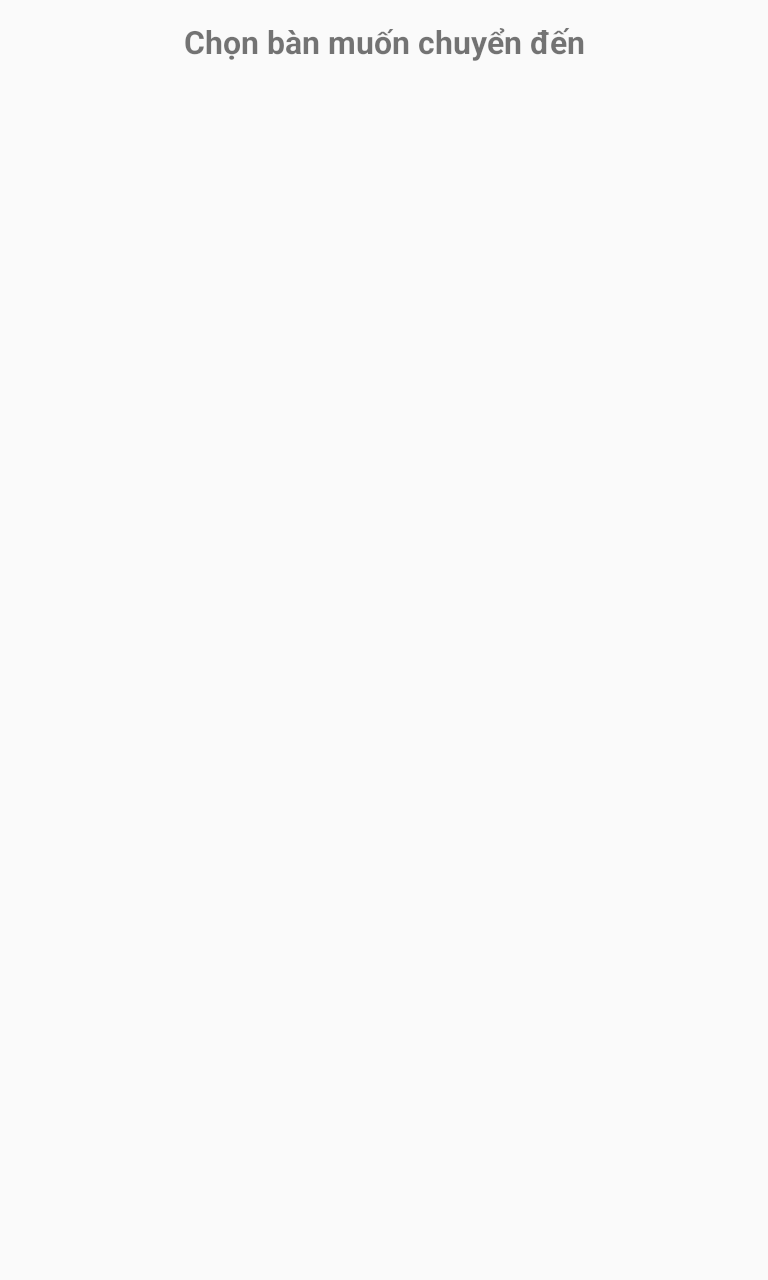
Repository: yenthanh132/Intelresment_AndroidClientApp
Layout: Intelresment/res/layout/dialog_tablepicker.xml
These files come from the project's save history. The layout is drawn as it stood at one moment and after the next save; the edit follows.
It is drawn on a 768 x 1280 px phone screen (xhdpi) without system bars, with theme AppTheme; the app's code is not run. Lists and similar views that code fills are empty.

Above is the layout before, as saved 2014-12-29 04:17:38.

After the next save:
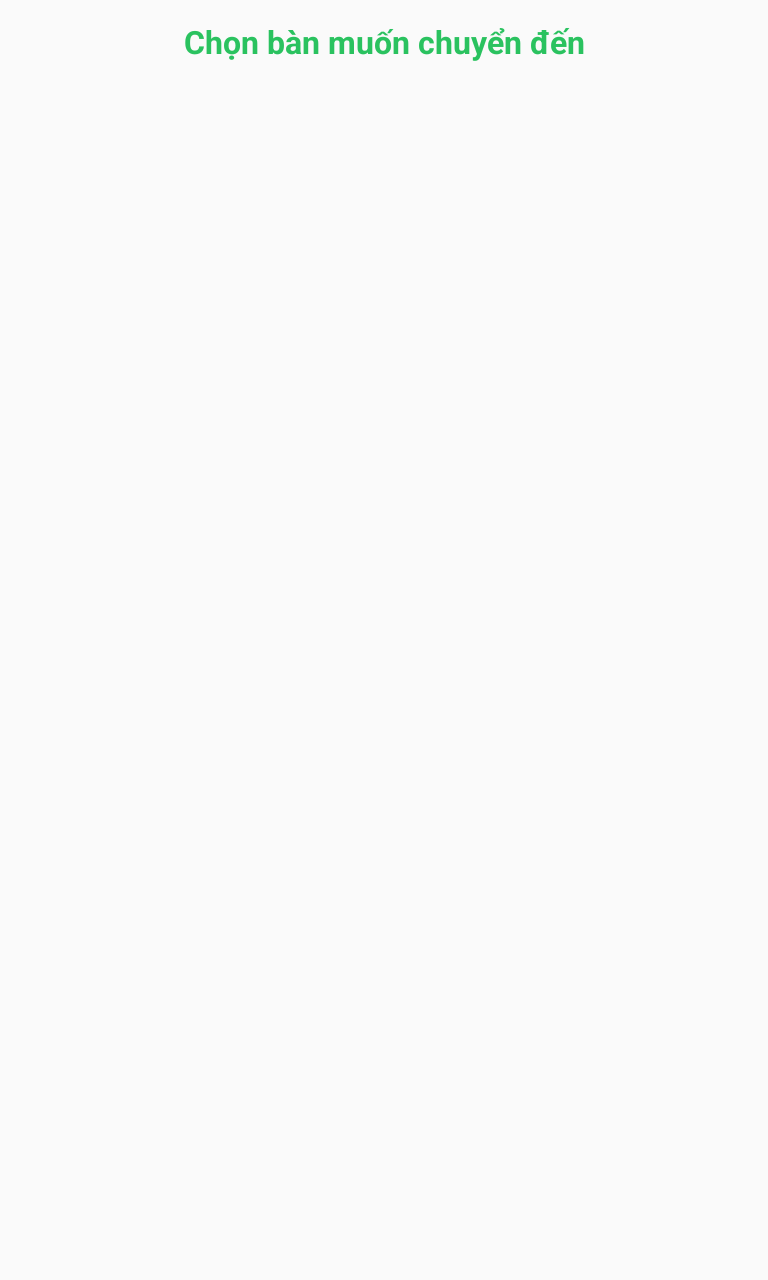
Saved 17 s later.
--- a/Intelresment/res/layout/dialog_tablepicker.xml
+++ b/Intelresment/res/layout/dialog_tablepicker.xml
@@ -11,6 +11,7 @@
         android:gravity="center"
         android:text="Chọn bàn muốn chuyển đến"
         android:textStyle="bold"
+        android:textColor="#2AC25F"
         android:textSize="16sp" />
 
     <ListView
